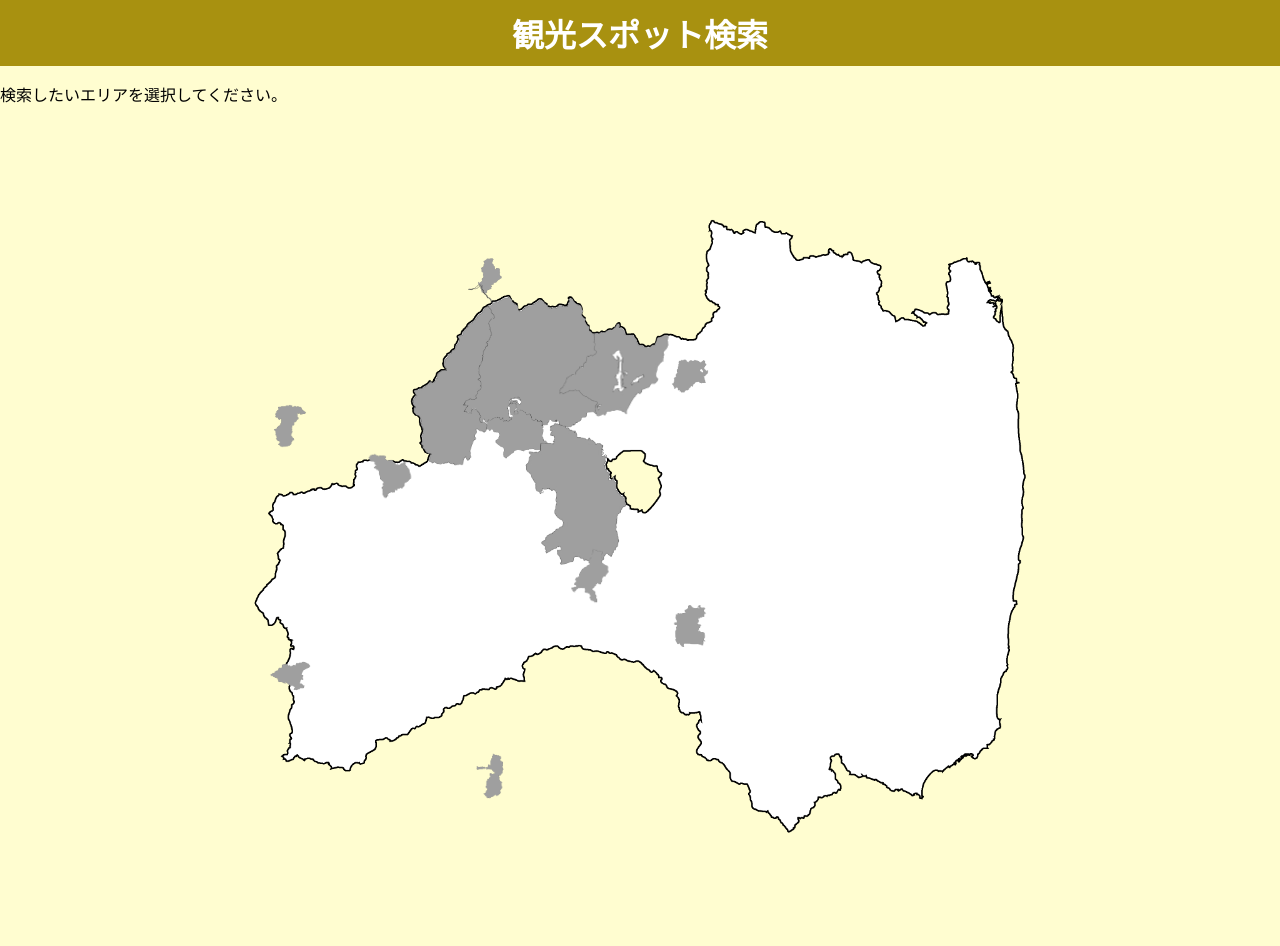
Repository: ryoutana/tanaryou.github.io
Page: Downloads/project/index.html
These files come from the project's save history. The page is drawn as it stood at one moment and after the next save; the edit follows.
The browser window is 1280 px wide. The pictures show the whole page.

Above is the page before, as saved 2025-04-29 13:33:25.

After the next save:
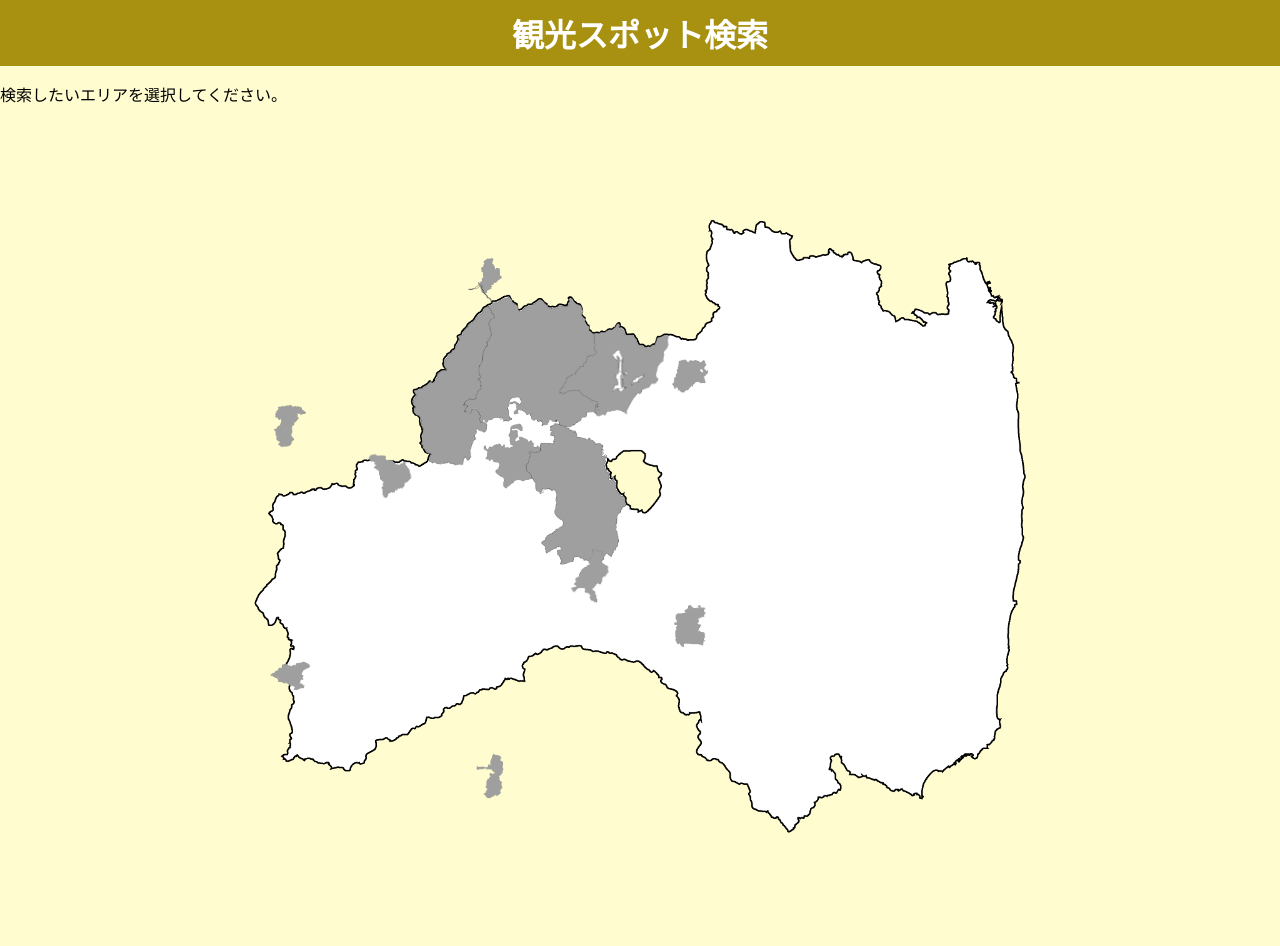
Saved 4 s later.
--- a/Downloads/project/script.js
+++ b/Downloads/project/script.js
@@ -2,7 +2,7 @@
 
 // スポットデータ（座標は地図画像内の相対的なピクセル位置）
 const spots = [
-    { name: '会津坂下町', img: '会津坂下町(白地図).png', x: 276, y: 300, width: 77 },
+    { name: '会津坂下町', img: '会津坂下町(白地図).png', x: 276, y: 330, width: 77 },
     { name: '会津若松市', img: '会津若松市(白地図).png', x: 336, y: 368, width: 160 },
     { name: '会津美里町', img: '会津美里町(白地図).png', x: 250, y: 150, width: 40 },
     { name: '喜多方市', img: '喜多方市(白地図).png', x: 291, y: 230, width: 170 },
